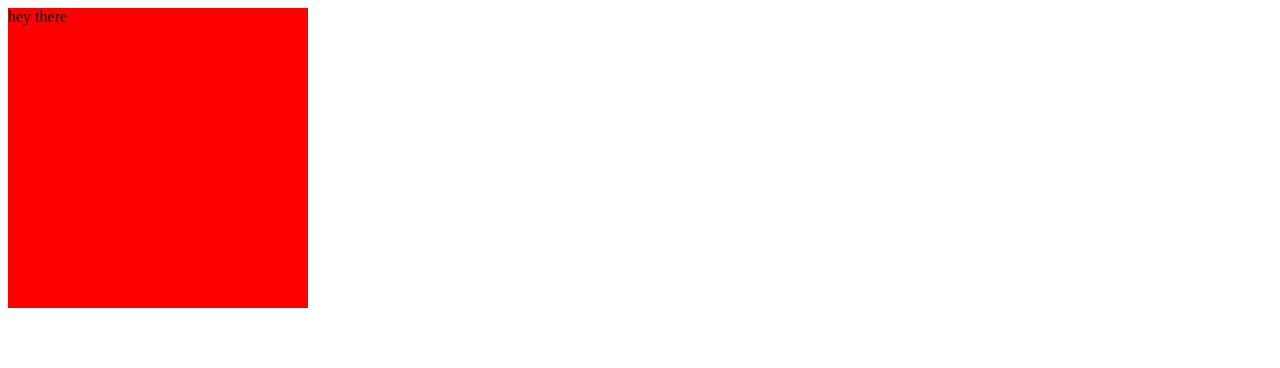
Repository: PoojaShirwaikar/BlockhainTest
Page: javascript/jQueryAssignment2/WebContent/ques4.html
The author's editor kept a copy of each file at every save. The page is drawn from the files as they stood at one save, then again after the next save.
The browser window is 1280 px wide. The pictures show the whole page.
Some web libraries are served in a nearby version.

Above is the page before, as saved 2017-11-14 07:19:56.

### javascript/jQueryAssignment2/WebContent/ques4.html
<!DOCTYPE html>
<html>
<head>
<meta charset="ISO-8859-1">
<title>Insert title here</title>
<script src="https://code.jquery.com/jquery-3.2.1.js"></script>

<style>
.main {
	background: red;
	width: 300px;
	height: 300px
}
</style>
<script>
	$(function() {
		$("#div1").click(function() {
			alert("inner div");
		});
	});
</script>
</head>
<body>
	<div id="div1" class="main">hey there</div>

</body>
</html>

After the next save:
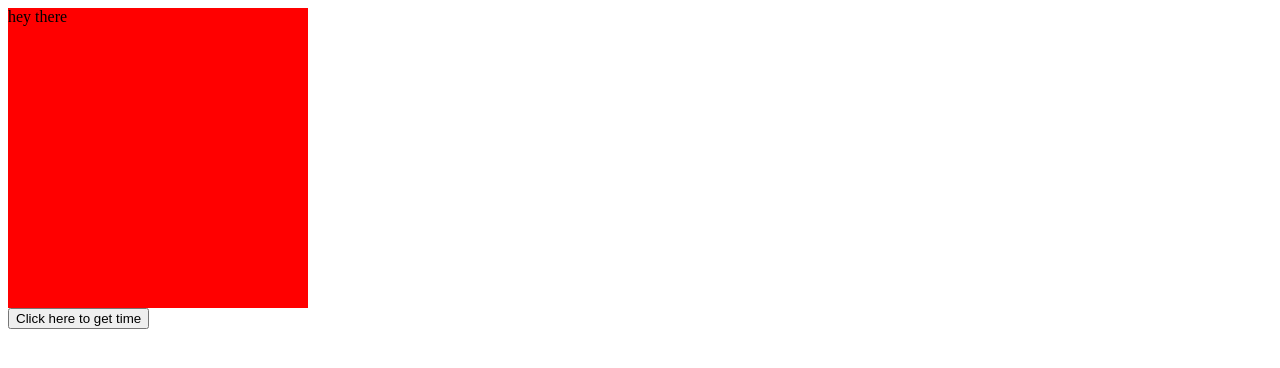
Saved 48 s later.
--- a/javascript/jQueryAssignment2/WebContent/ques4.html
+++ b/javascript/jQueryAssignment2/WebContent/ques4.html
@@ -22,6 +22,7 @@
 </head>
 <body>
 	<div id="div1" class="main">hey there</div>
+	<button id="b1">Click here to get time</button>
 
 </body>
 </html>
